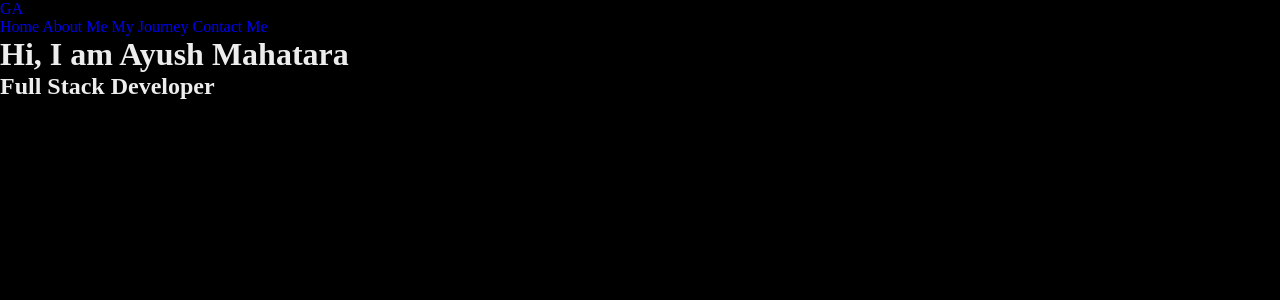
Repository: AyushMahatara/personal-website
Page: New folder/index.html
An editor plug-in stored every save of this project. The page is shown before and after the next save, followed by the edit.
The browser window is 1280 px wide. The pictures show the whole page.

Above is the page before, as saved 2023-08-09 22:52:22.

After the next save:
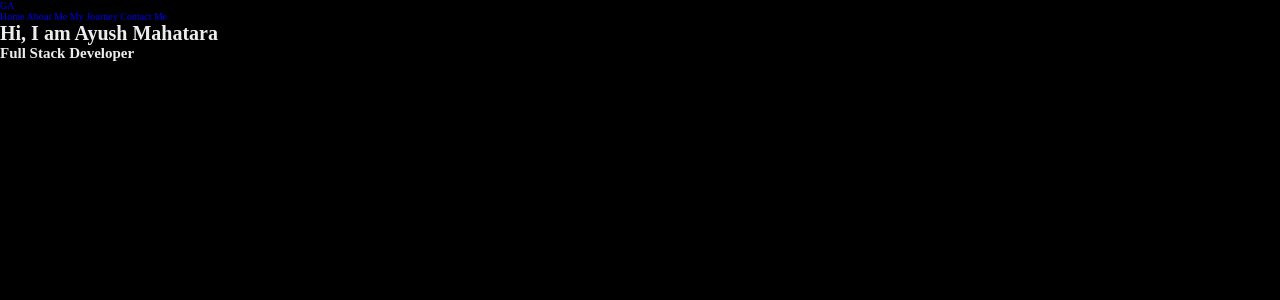
Saved 21 min 40 s later.
--- a/New folder/style.css
+++ b/New folder/style.css
@@ -14,6 +14,11 @@
   --main-color: #00abf0;
 }
 
+html {
+  font-size: 62.5%;
+  overflow-x: hidden;
+}
+
 body {
   background: var(--bg-color);
   color: var(--text-color);
